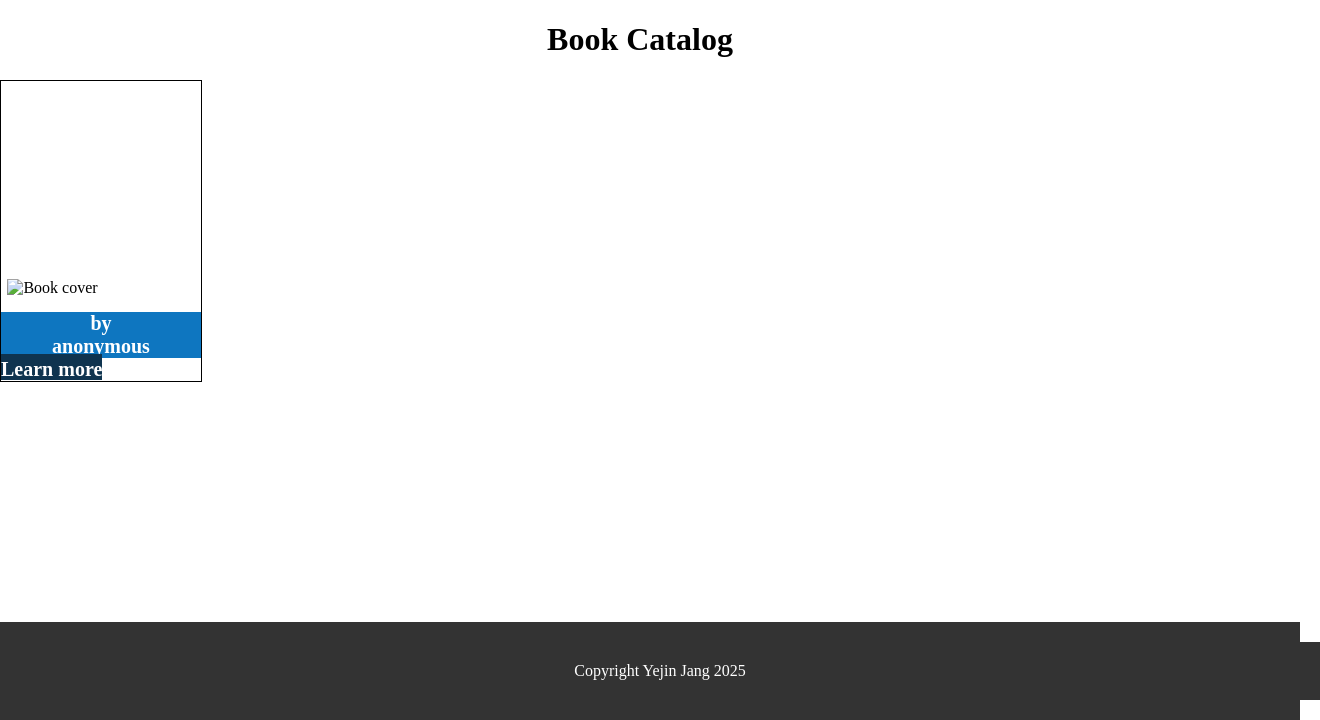
Repository: Yejin-Digital/Lab3-Assignment-BookCatalog
Page: /
The author's editor kept a copy of each file at every save. The page is drawn from the files as they stood at one save, then again after the next save.
The browser window is 1280 px wide. The page is 1320 px wide, so the pictures cover 1320 px, including what lies to the right of the window. The pictures show the whole page.
The project was rebuilt for these pictures with package versions that can differ from the ones it lists, and the page was loaded fresh each time. Also part of the build but not shown: vite.config.js.

Above is the page before, as saved 2025-09-13 04:21:13.

After the next save:
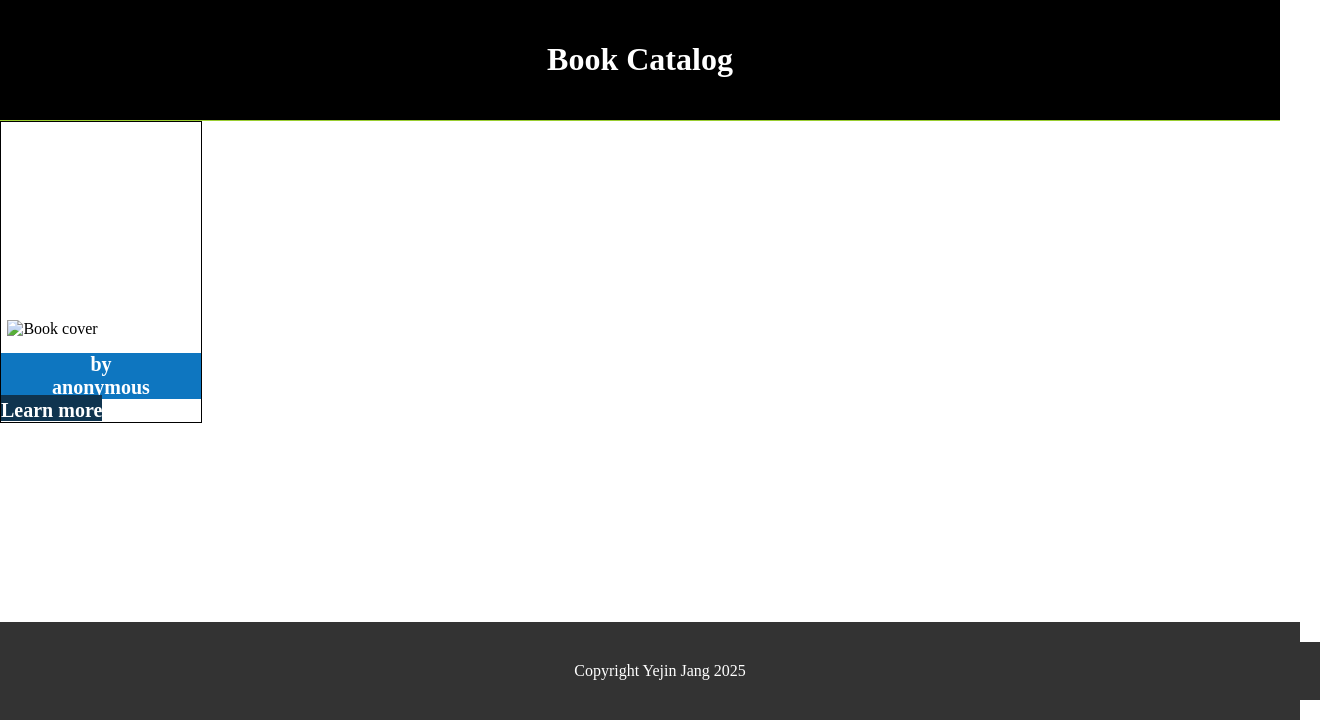
Saved 4 s later.
--- a/src/index.css
+++ b/src/index.css
@@ -15,6 +15,15 @@ body {
   width: 100%;
 }
 
+.app-header {
+  background-color: black;
+  color: white;
+  text-align: center;
+  width: 100%;
+  border-bottom: 1px solid yellowgreen;
+  padding: 20px 0;
+}
+
 .footer-content {
   background-color: #333;
   color: white;
@@ -22,21 +31,3 @@ body {
   padding: 20px;
   width: 100%;
 }
-  margin: 0;
-}
-
-.footer-content {
-  background-color: black;
-  color: white;
-  padding: 10px;
-  text-align: center;
-  width: 100%;
-}
-
-h1 .app-header {
-  background-color: black;
-  color: white;
-  text-align: center;
-  width: 100%;
-  border-bottom: 1px solid yellowgreen;
-}
